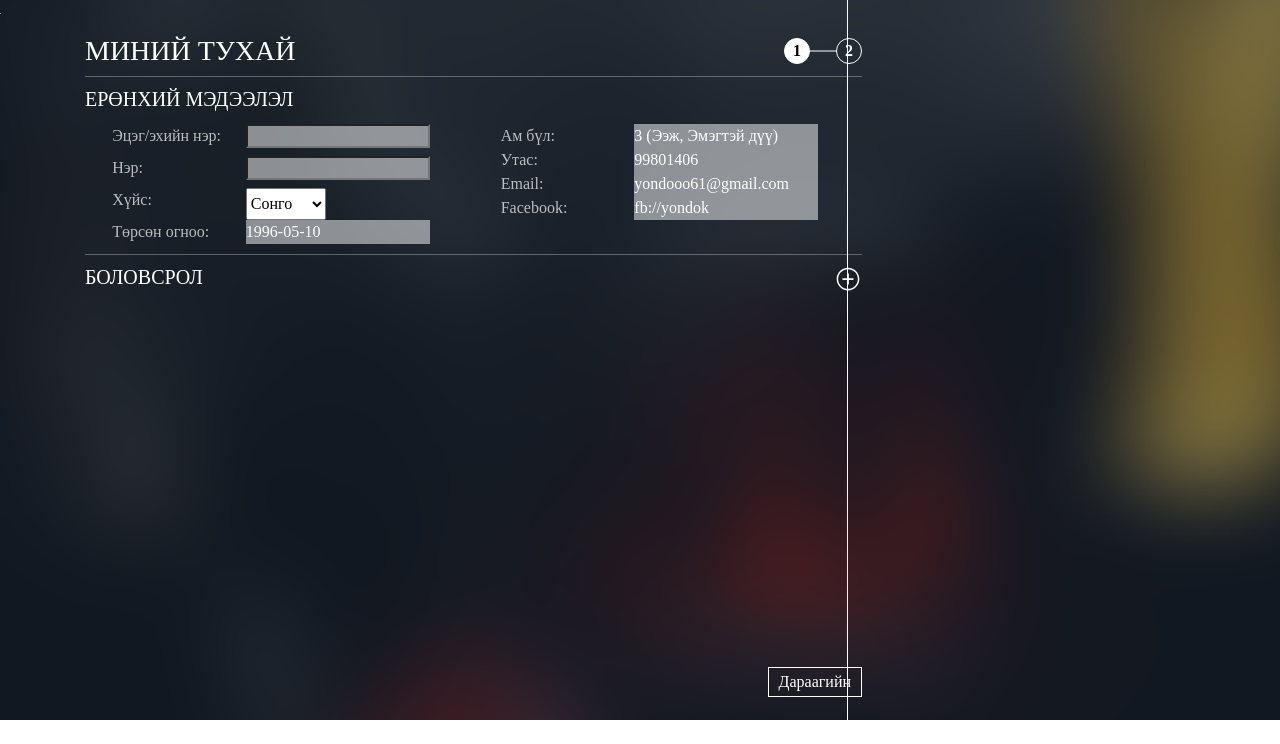
Repository: Yondo202/svProject
Page: /
An editor plug-in stored every save of this project. The page is shown before and after the next save, followed by the edit.
The browser window is 1280 px wide. The pictures show the whole page.
The project was rebuilt for these pictures with package versions that can differ from the ones it lists, and the page was loaded fresh each time. The framework's server and built-in components were replaced by stand-ins that run in the browser. Also part of the build but not shown: next.config.js, style/style.scss.

Above is the page before, as saved 2020-11-20 01:25:19.

### pages/_app.js
import React from "react";
import App from "next/app";
import '../style/style.scss'
import { AnimatePresence } from "framer-motion";
import { MenuProvider } from "@/miscs/ContextMenuProvider";
import { ThemeProvider } from "styled-components";
import * as theme from "@/miscs/theme";
import checkLanguage from "@/components/miscs/checkLanguage";

const base = "http://localhost:1337";

class MyApp extends App {
    state = {
        menu: [],
        completelyLoaded: false,
    };
    // async componentDidMount() {
    //     let res = await checkLanguage(queryString, null);
    //     this.setState({ completelyLoaded: true, menu: res.data.menu.Main});
    // }

    render() {
        const { Component, pageProps, router } = this.props;

        return (
            <ThemeProvider theme={theme}>
                <MenuProvider value={this.state}>
                    <AnimatePresence exitBeforeEnter>
                        <Component {...pageProps} key={router.route} />
                    </AnimatePresence>
                </MenuProvider>
            </ThemeProvider>
        );
    }
}

export default MyApp;

const queryString = ``

// const queryString = `
// {
// menu {
//     Main {
//     Title Slug Page {
//         Slug
//         }
//         }
//     }
// }`;

### pages/_document.js
import css from '../style/style.scss'
import Document, { Html, Head, Main, NextScript } from 'next/document'
import Pixel from "@/components/miscs/Pixel";

class MyDocument extends Document {
    render(){
        return(
            <Html lang="mn">
                <Head>
                    <link rel="stylesheet" href="https://stackpath.bootstrapcdn.com/bootstrap/4.3.1/css/bootstrap.min.css" integrity="sha384-ggOyR0iXCbMQv3Xipma34MD+dH/1fQ784/j6cY/iJTQUOhcWr7x9JvoRxT2MZw1T" crossOrigin="anonymous"/>
                    <link rel="shortcut icon" href="/img/ico.png" />
                    <link href="https://fonts.googleapis.com/css2?family=Roboto:wght@300;400;700&display=swap" rel="stylesheet"/>
                    <link href="https://fonts.googleapis.com/css2?family=Poppins:wght@300;400;500&display=swap" rel="stylesheet"></link>
                    <Pixel/>
                </Head>
                <body>
                    <Main/>
                    <NextScript/>
                </body>
            </Html>
        )
    }
}

export default MyDocument

### pages/index.js
import React from "react";
import { motion } from "framer-motion";
import Background from '../components/Top'
import Forms from '../components/mainForm'

function index() {
    return (
        <div>
            <Background />
            <Forms />
        </div>
    )
}

export default index




























// import Root from "@/core/Root";
// import ResolveComponent from "@/components/dynamic/ResolveComponent"
// import checkLanguage from "@/components/miscs/checkLanguage";
// import { MenuContext } from '@/miscs/ContextMenuProvider'
// import { useContext } from "react";

// const Index = ({ data }) => {

//     let { Layout } = data
//     const { completelyLoaded } = useContext(MenuContext);

//     return (
//         <motion.div exit={{ opacity: 0 }} initial={{ opacity: 0 }} animate={{ opacity: 1 }} >
//             <Root noFooter>
//                 {completelyLoaded &&
//                     <ResolveComponent data={Layout} />
//                 }
//             </Root>
//         </motion.div>
//     );

// };
// export default Index;

// export async function getServerSideProps({ params, req }) {
//     let res = await checkLanguage('/home', req, true);
//     return { props: { data: res.data } }
// }

### components/miscs/ContextMenuProvider.js
import React from 'react';

const MenuContext = React.createContext();

const MenuProvider = MenuContext.Provider
const MenuConsumer = MenuContext.Consumer

export {MenuProvider, MenuConsumer, MenuContext}

### components/miscs/theme.js
export const colorOne = "#532532";
export const colorTwo = "#123123";
export const fontSize = "16px";
export const fontFamily1 = "Poppins', sans-serif"

### components/miscs/checkLanguage.js
import fetch from "node-fetch";
import parseCookies from '@/miscs/parseCookies';

const checkLanguage = async (queryString, req, normal) =>{

    const cookies = parseCookies(req);
    const httpObject = { method: 'post', headers: { 'Content-Type': 'application/json'}, body: JSON.stringify({ query: `query ${queryString}`})}

    if(normal){
        return new Promise(async(resolve, reject) => {
            if(cookies['tb-lang'] === "en"){
                const res = await fetch(`http://localhost:1337${queryString}`);
                const pageData = await res.json();
                return resolve({data: pageData});
            }
            else{
                const res = await fetch(`http://localhost:1337${queryString}`);
                const pageData = await res.json();
                return resolve({data: pageData});
            }
        })
    }

    return new Promise(async(resolve, reject)=>{
      if(cookies['tb-lang'] === "en"){
          const res = await fetch('http://localhost:1337/graphql', httpObject)
          const pageData = await res.json()
          return resolve({data: pageData.data});
      }
      else{
          const res = await fetch('http://localhost:1337/graphql', httpObject)
          const pageData = await res.json()
          return resolve({data: pageData.data});
      }
    })

}

export default checkLanguage

### components/miscs/Pixel.js
import React from "react";

export default () => (
    <React.Fragment>
        <script
            dangerouslySetInnerHTML={{
                __html: `!function(f,b,e,v,n,t,s){if(f.fbq)return;n=f.fbq=function(){n.callMethod?n.callMethod.apply(n,arguments):n.queue.push(arguments)};if(!f._fbq)f._fbq=n;n.push=n;n.loaded=!0;n.version='2.0';n.queue=[];t=b.createElement(e);t.async=!0;t.src=v;s=b.getElementsByTagName(e)[0];s.parentNode.insertBefore(t,s)}(window,document,'script','https://connect.facebook.net/en_US/fbevents.js');fbq('init', '626874991348714'); fbq('track', 'PageView');`,
            }}
        />
        <noscript
            dangerouslySetInnerHTML={{
                __html: `<img height="1" width="1" src="https://www.facebook.com/tr?id=626874991348714&ev=PageView&noscript=1"/>`,
            }}
        />
    </React.Fragment>
);

### components/Top.js
// import React from 'react';

// const Test = ({data}) => {
//     return (
//         <div>
//             {data.Title && <h1>{data.Title}hahhaha</h1>}
//         </div>
//     );
// };

// export default Test;

import React from 'react'
import styled from 'styled-components'
function top({data}) {
    return (
        <Conainer style={{backgroundImage:"url('/img/Blur.png')"}}>
        </Conainer>
    )
}

export default top


const Conainer = styled.div`
    color:white;
    background-size: cover;
    background-position:center center;
    min-height: 80vh;
    max-height: 100vh;
    height: 100vh;
    width: 100%;
    position: fixed;
    top:0;
    z-index: -2;
`

### components/miscs/parseCookies.js
import cookie from 'cookie'

export default function parseCookies(req) {
    return cookie.parse(req ? req.headers.cookie || "" : document.cookie);
}

### components/form1.js
import React,{useState} from 'react'
import styled from 'styled-components'
import Modal from 'react-modal';
import {IoIosAddCircleOutline} from 'react-icons/io'
import {RiAddLine} from 'react-icons/ri'
import Education from '../components/education'
import Axios from 'axios';


const customStyles = {
    content : {
      top                   : '50%',
      left                  : '50%',
      right                 : 'auto',
      bottom                : 'auto',
      marginRight           : '-50%',
      transform             : 'translate(-50%, -50%)'
    }
  };

function form1() {
    var subtitle;
    const [modalIsOpen,setIsOpen] = React.useState(false);
    function openModal() {
      setIsOpen(true);
    }
    function closeModal(){
    setIsOpen(false);
    }
    const [Value,setValue] = useState('хоосон');


    const handleClick = async (e) =>{
        e.preventDefault();
        let rs = document.querySelectorAll('.getinput');
        let arr = Array.from(rs);
        let final = {};
        arr.map(element=>{
            let field = element.name;
            let value = element.value;
            final[field] = value
        });
        console.log(final, "kekeke")
        await Axios.post('http://localhost:1337/forms', final);
    }
    // const capitalize = (s) => {
    //     if (typeof s !== 'string') return ''
    //     return s.charAt(0).toUpperCase() + s.slice(1)
    //   }

    return (
        <Conainer>
            <div className="headerPAr">
                <h5 className="title">ЕРӨНХИЙ МЭДЭЭЛЭЛ</h5>
            </div>
            <div className="ParentInfo">
                <div className="colOne">
                    <div className="main-info">
                        <label className="B">Эцэг/эхийн нэр:</label>
                        <input className="getinput val" type="text" name="parent" />
                    </div>
                    <div className="main-info">
                        <label className="B">Нэр:</label>
                        <input className="getinput val" type="text" name="name" />
                    </div>
                    <div className="main-info">
                        <label className="B">Хүйс:</label>
                        <select className="getinput" name="sex" placeholder="сүно">
                            <option value="" >Сонго</option>
                            <option value="man">Эрэгтэй</option>
                            <option value="women">Эмэгтэй</option>
                        </select>
                    </div>
                    <div className="main-info">
                        <span className="B">Төрсөн огноо:</span>
                        <span className="val">1996-05-10</span>
                    </div>
                </div>

                <div className="colOne">
                    <div className="main-info">
                        <span className="B">Ам бүл:</span>
                        <span className="val">3 (Ээж, Эмэгтэй дүү)</span>
                    </div>
                    <div className="main-info">
                        <span className="B">Утас:</span>
                        <span className="val">99801406</span>
                    </div>
                    <div className="main-info">
                        <span className="B">Email:</span>
                        <span className="val">yondooo61@gmail.com</span>
                    </div>
                    <div className="main-info">
                        <span className="B">Facebook:</span>
                        <span className="val">fb://yondok</span>
                    </div>
                </div>
            </div>

            <Education />
        </Conainer>
    )
}

export default form1

const Conainer = styled.div`
    padding-top:10px;
    .headerPAr{
        width:70%;
        display:flex;
        flex-direction:row;
        justify-content:space-between;
        margin-bottom:5px;
        .svgBtn{
            cursor:pointer;
            font-size:28px;
            border-radius:50%;
            transition:all 0.3s ease;
            &:hover{
                color:black;
                background:white;
            }
        }
    }
    .ParentInfo{
         display:flex;
         flex-direction: row;
         justify-content:space-around;
         width:70%;
         font-size:16px;
         border-bottom: solid 0.5px rgba(255,255,255, 0.3);
         padding-bottom:10px;
         .colOne{
             width:43%;
             .main-info{
                display:flex;
                flex-direction:row;
                justify-content:start;

                 .B{
                     color:rgba(255,255,255, 0.7);
                     width:40%;
                 }
                 .val{
                    width:55%;
                    background:rgba(255,255,255, 0.5);
                    height:24px;
                 }
             }
         }
    }
    @media only screen and (max-width:786px){
        .headerPAr{
            width:100%;
        }
        .ParentInfo{
            flex-direction: column;
            width:100%;
            .colOne{
                width:100%;
            }
        }
    }
`

### components/form2.js
import React from 'react'
import styled from 'styled-components'
import Modal from 'react-modal';
import {IoIosAddCircleOutline} from 'react-icons/io'
import {RiAddLine} from 'react-icons/ri'
import Education from '../components/education'


const customStyles = {
    content : {
      top                   : '50%',
      left                  : '50%',
      right                 : 'auto',
      bottom                : 'auto',
      marginRight           : '-50%',
      transform             : 'translate(-50%, -50%)'
    }
  };

function form2() {
    var subtitle;
    const [modalIsOpen,setIsOpen] = React.useState(false);
    function openModal() {
      setIsOpen(true);
    }
    function afterOpenModal() {
        // references are now sync'd and can be accessed.
        subtitle.style.color = '#0E3232';
      }
    function closeModal(){
    setIsOpen(false);
    }
    return (
        <Conainer>
            <div className="headerPAr">
                <h5 className="title">ЕРӨНХИЙ МЭДЭЭЛЭЛ</h5>
                <div>
                <IoIosAddCircleOutline  className="svgBtn" onClick={openModal} />
                {/* <span  className="svgBtn" onClick={openModal}>+</span> */}
                    <Modal
                        isOpen={modalIsOpen}
                        onAfterOpen={afterOpenModal}
                        onRequestClose={closeModal}
                        style={customStyles}
                        contentLabel="Example Modal"
                    >
                        {/* <h2 ref={_subtitle => (subtitle = _subtitle)}>Hello</h2> */}
                        <button onClick={closeModal}>close</button>
                        <form>
                            {/* <input />
                            <button>tab navigation</button>
                            <button>stays</button>
                            <button>inside</button>
                            <button>the modal</button> */}
                        </form>
                    </Modal>
                    </div>
                </div>
            <div className="ParentInfo">
                <div className="colOne">
                    <div className="main-info">
                        <span className="B">Эцэг/эхийн нэр:</span>
                        <span className="val">Гантулга</span>
                    </div>
                    <div className="main-info">
                        <span className="B">Нэр:</span>
                        <span className="val">Ёндонжамц</span>
                    </div>
                    <div className="main-info">
                        <span className="B">Хүйс:</span>
                        <span className="val">Эр</span>
                    </div>
                    <div className="main-info">
                        <span className="B">Төрсөн огноо:</span>
                        <span className="val">1996-05-10</span>
                    </div>
                </div>

                <div className="colOne">
                    <div className="main-info">
                        <span className="B">Ам бүл:</span>
                        <span className="val">3 (Ээж, Эмэгтэй дүү)</span>
                    </div>
                    <div className="main-info">
                        <span className="B">Утас:</span>
                        <span className="val">99801406</span>
                    </div>
                    <div className="main-info">
                        <span className="B">Email:</span>
                        <span className="val">yondooo61@gmail.com</span>
                    </div>
                    <div className="main-info">
                        <span className="B">Facebook:</span>
                        <span className="val">fb://yondok</span>
                    </div>
                </div>
            </div>

            <Education />
        </Conainer>
    )
}

export default form2

const Conainer = styled.div`
    padding-top:10px;
    .headerPAr{
        width:70%;
        display:flex;
        flex-direction:row;
        justify-content:space-between;
        margin-bottom:5px;
        .svgBtn{
            cursor:pointer;
            font-size:28px;
            border-radius:50%;
            transition:all 0.3s ease;
            &:hover{
                color:black;
                background:white;
            }
        }
    }
    .ParentInfo{
         display:flex;
         flex-direction: row;
         justify-content:space-around;
         width:70%;
         font-size:16px;
         border-bottom: solid 0.5px rgba(255,255,255, 0.3);
         padding-bottom:10px;
         .colOne{
             width:43%;
             .main-info{
                display:flex;
                flex-direction:row;
                justify-content:space-between;

                 .B{
                     color:rgba(255,255,255, 0.7);
                     width:40%;
                 }
                 .val{
                    // margin-left:15px;
                    width:55%;
                 }
             }
         }
    }
`

### components/education.js
import React from 'react'
import styled from 'styled-components'
import {IoIosAddCircleOutline} from 'react-icons/io'
import Modal from 'react-modal';

const customStyles = {
    content : {
      top                   : '50%',
      left                  : '50%',
      right                 : 'auto',
      bottom                : 'auto',
      marginRight           : '-50%',
      transform             : 'translate(-50%, -50%)'
    }
  };
function education() {
    var subtitle;
    const [modalIsOpen,setIsOpen] = React.useState(false);
    function openModal() {
      setIsOpen(true);
    }
    function afterOpenModal() {
        // references are now sync'd and can be accessed.
        subtitle.style.color = '#0E3232';
      }
    function closeModal(){
    setIsOpen(false);
    }


    return (
        <Container>
            <div className="headerPAr">
                <h5 className="title">БОЛОВСРОЛ</h5>
                <div>
                <IoIosAddCircleOutline className="svgBtn" onClick={openModal} />
                    <Modal
                        isOpen={modalIsOpen}
                        onAfterOpen={afterOpenModal}
                        onRequestClose={closeModal}
                        style={customStyles}
                        contentLabel="Example Modal"
                    >
                        <h2 ref={_subtitle => (subtitle = _subtitle)}>Hello</h2>
                        <button onClick={closeModal}>close</button>
                        <form>
                            <input />
                            <button>tab navigation</button>
                            <button>stays</button>
                            <button>inside</button>
                            <button>the modal</button>
                        </form>
                    </Modal>
                    </div>
                </div>
        </Container>
    )
}

export default education


const Container = styled.div`
    padding-top:10px;

`

Loaded but not shown: components/mainForm.js (180 lines, source omitted)

After the next save:
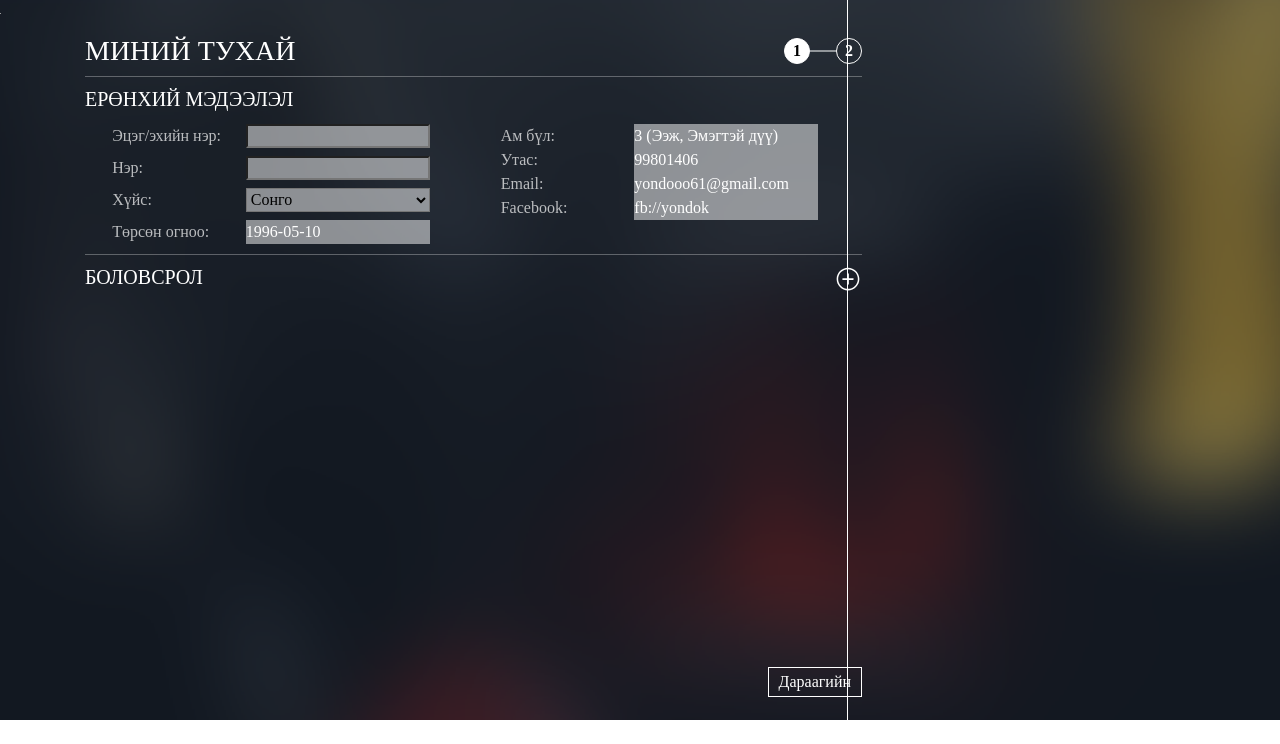
Saved 19 s later.
--- a/components/form1.js
+++ b/components/form1.js
@@ -65,7 +65,7 @@ function form1() {
                     </div>
                     <div className="main-info">
                         <label className="B">Хүйс:</label>
-                        <select className="getinput" name="sex" placeholder="сүно">
+                        <select className="getinput val" name="sex" placeholder="сүно">
                             <option value="" >Сонго</option>
                             <option value="man">Эрэгтэй</option>
                             <option value="women">Эмэгтэй</option>
